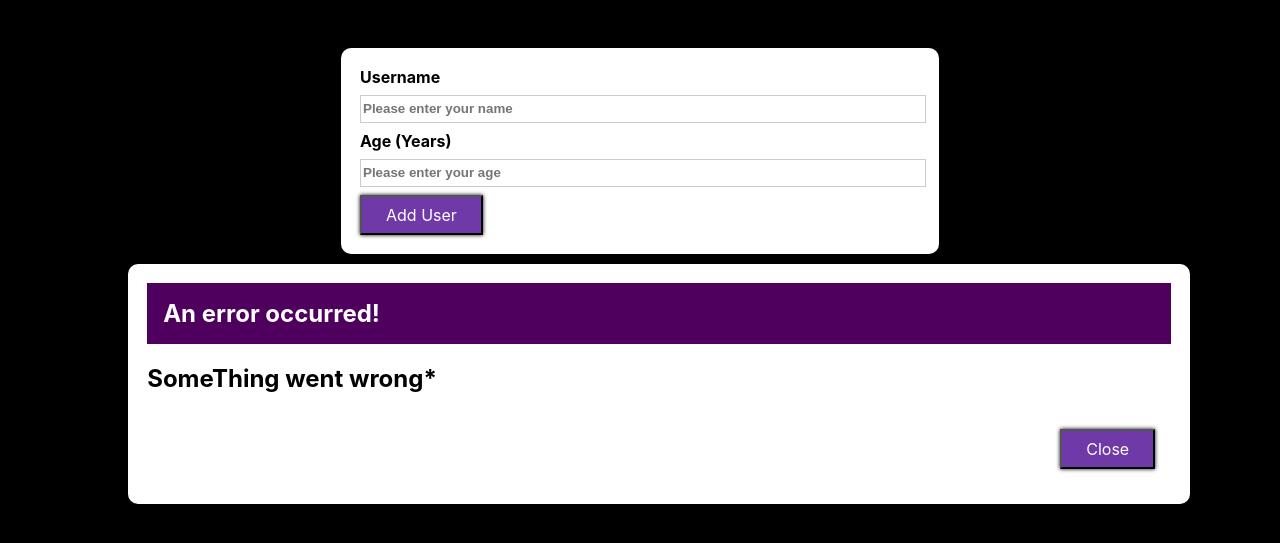
Repository: NamalPathirana/section-eight
Page: /
An editor plug-in stored every save of this project. The page is shown before and after the next save, followed by the edit.
The browser window is 1280 px wide. The pictures show the whole page.
The project was rebuilt for these pictures with package versions that can differ from the ones it lists, and the page was loaded fresh each time. Also part of the build but not shown: src/App.module.css.

Above is the page before, as saved 2021-12-04 14:25:07.

After the next save:
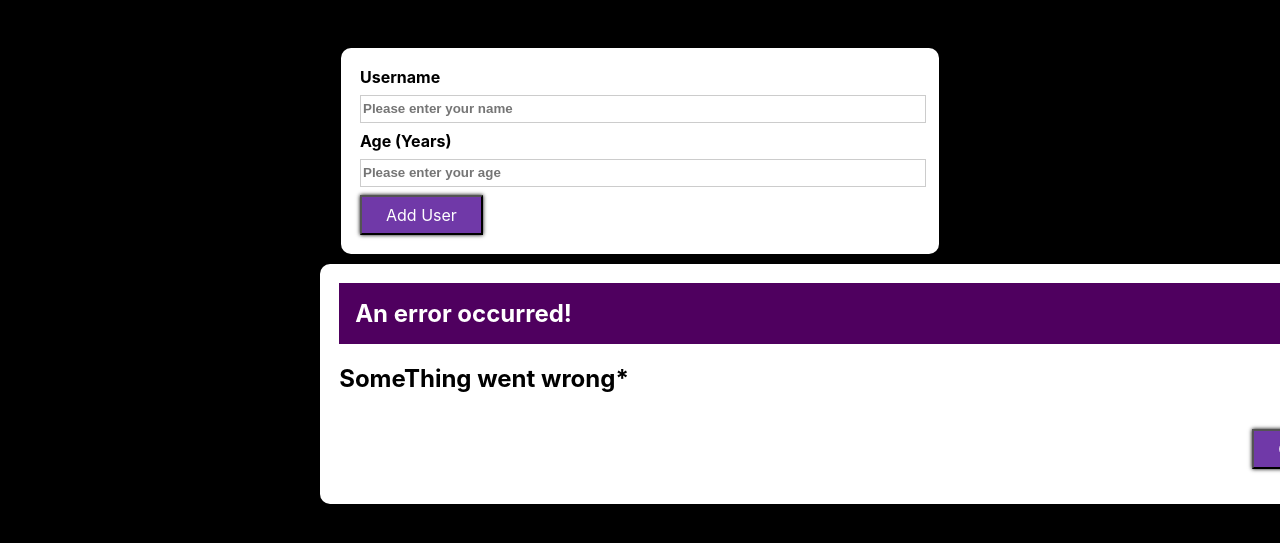
Saved 85 s later.
--- a/src/UI/ErrorModal/ErrorModal.module.css
+++ b/src/UI/ErrorModal/ErrorModal.module.css
@@ -28,5 +28,7 @@
 }
 
 @media (min-width:750px) {
-
+    .modal{
+        left: calc(50% - 20rem);
+    }
 }
